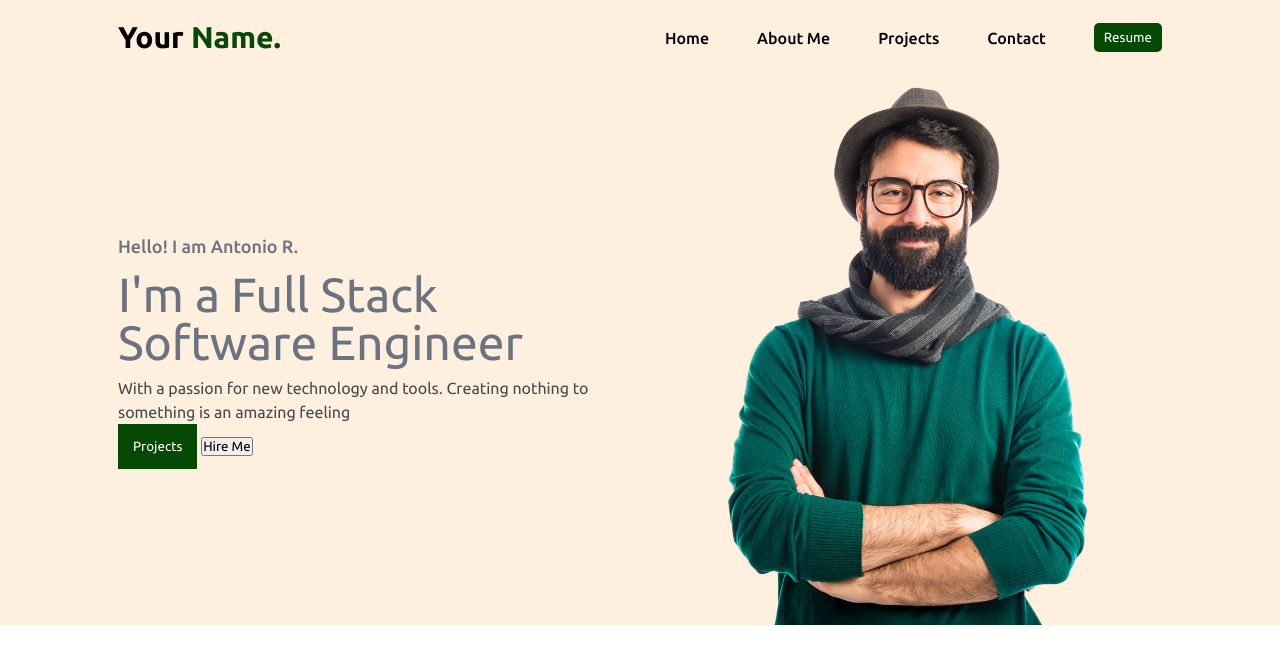
Repository: DevAntonioRogers/vanilla-portfolio
Page: index.html
An editor plug-in stored every save of this project. The page is shown before and after the next save, followed by the edit.
The browser window is 1280 px wide. The pictures show the whole page.

Above is the page before, as saved 2023-07-14 22:20:03.

### index.html
<!DOCTYPE html>
<html lang="en">
  <head>
    <meta charset="UTF-8" />
    <meta name="viewport" content="width=device-width, initial-scale=1.0" />
    <link rel="stylesheet" href="style.css" />
    <title>Antonio Rogers</title>
  </head>
  <body>
    <nav>
      <div class="container navbar">
        <a href="/" aria-label="Home">
          <h1>Your <span>Name.</span></h1></a
        >
        <ul>
          <li>
            <a href="/" aria-label="Home">Home</a>
          </li>
          <li>
            <a href="/" aria-label="About Me">About Me</a>
          </li>
          <li>
            <a href="/" aria-label="Projects">Projects</a>
          </li>
          <li>
            <a href="/" aria-label="Contact">Contact</a>
          </li>
          <li>
            <a href="/resume.pdf" download aria-label="Download Resume">
              <button class="navbar-button">Resume</button>
            </a>
          </li>
        </ul>
      </div>
    </nav>

    <section class="hero">
      <div class="container hero-container">
        <div class="hero-info">
          <h4>Hello! I am Antonio R.</h4>
          <h1>I'm a Full Stack Software Engineer</h1>
          <p>With a passion for new technology and tools. Creating nothing to something is an amazing feeling</p>

          <div class="hero-btn-container">
            <button>Projects</button>
            <button>Hire Me</button>
          </div>
        </div>

        <div class="hero-image-container">
          <img src="hero.png" alt="" />
        </div>
      </div>
    </section>
  </body>
</html>

### style.css
@import url("https://fonts.googleapis.com/css2?family=Ubuntu:wght@300;400;500;700&display=swap");

* {
  box-sizing: border-box;
  padding: 0;
  margin: 0;
  font-family: "Ubuntu", sans-serif;
}

a {
  text-decoration: none;
  color: inherit;
}

li {
  list-style: none;
}

.container {
  width: 89%;
  margin: auto;
  max-width: 1044px;
}

/* NAVBAR STYLING */

nav {
  background: #feefde;
  padding: 20px 0;
}

.navbar {
  display: flex;
  justify-content: space-between;
  align-items: center;
}

.navbar h1 {
  font-size: 30px;
  font-weight: 700;
}

.navbar span {
  color: rgb(5, 73, 5);
}

.navbar ul {
  display: flex;
  align-items: center;
  gap: 3rem;
}

.navbar ul li {
  font-weight: 500;
}

.navbar-button {
  background-color: rgb(5, 73, 5);
  padding: 7px 10px;
  border-radius: 5px;
  color: white;
  border: none;
}

/* HERO STYLES */

.hero {
  background-color: #feefde;
}

.hero-container {
  display: grid;
  grid-template-columns: repeat(2, minmax(0, 1fr));
  align-items: center;
  gap: 1.5rem;
}

.hero-image-container {
  display: flex;
  justify-content: center;
  align-items: center;
}

.hero-info h4 {
  font-size: 1.12rem;
  line-height: 1.75rem;
  color: #6b7280;
  font-weight: 500;
  margin-bottom: 10px;
}

.hero-info h1 {
  font-size: 3rem;
  line-height: 1;
  color: #6b7280;
  font-weight: 400;
  margin-bottom: 10px;
}

.hero-info p {
  font-size: 1rem;
  line-height: 1.5rem;
  font-weight: 400;
  color: #48494b;
}

.hero-btn-container button:nth-child(1) {
  background-color: rgb(5, 73, 5);
  color: white;
  border: none;
  padding: 15px;
}

.hero-container img {
  height: 550px;
  position: relative;
}

After the next save:
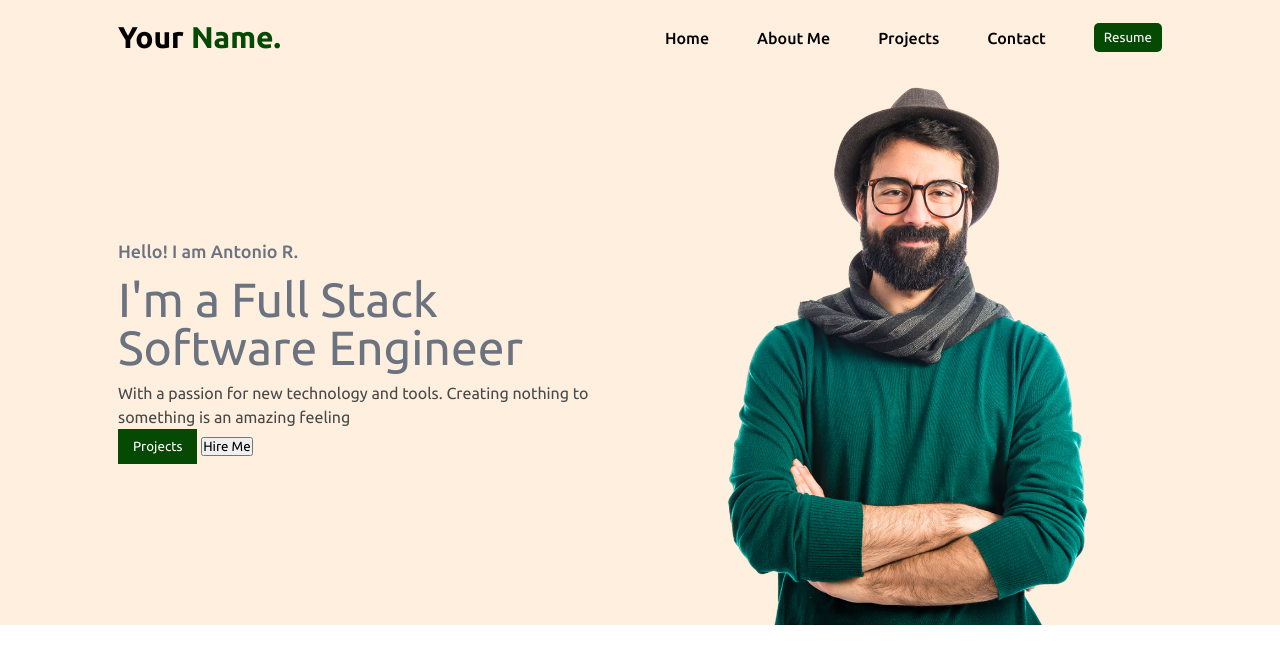
Saved 8 s later.
--- a/style.css
+++ b/style.css
@@ -108,7 +108,7 @@ nav {
   background-color: rgb(5, 73, 5);
   color: white;
   border: none;
-  padding: 15px;
+  padding: 10px 15px;
 }
 
 .hero-container img {
